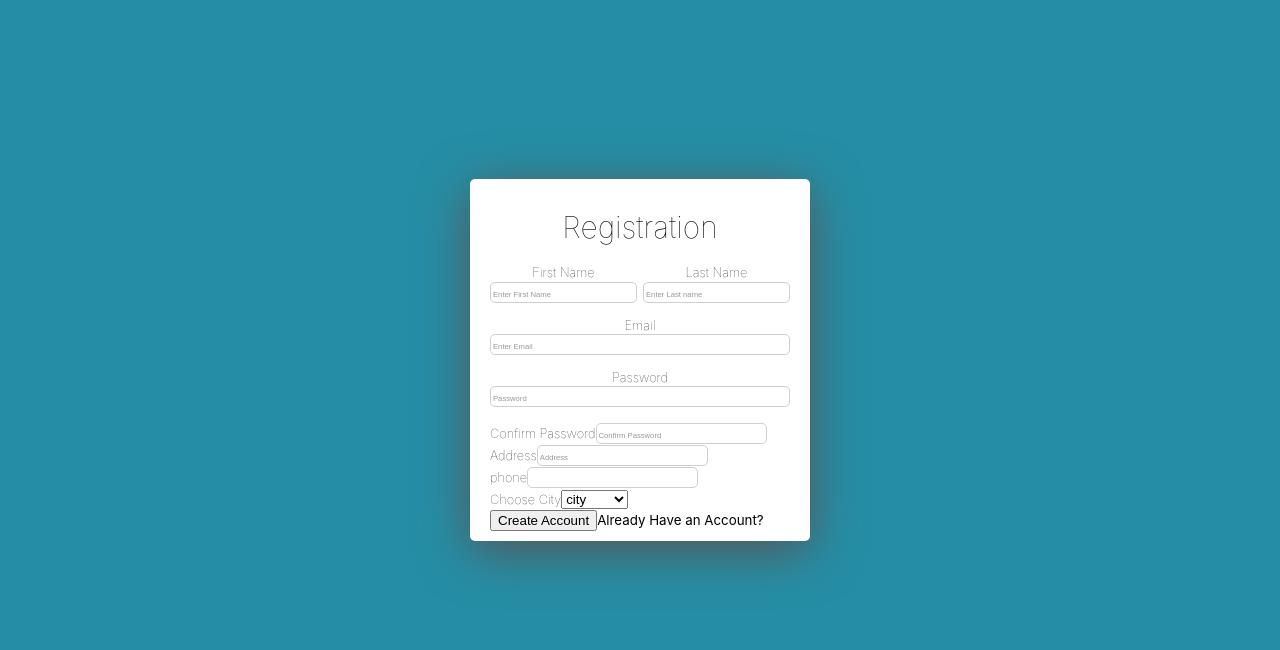
Repository: Fortune-Labs/Event-management-system-CapstoneG3
Page: / (app in frontend/)
The author's editor kept a copy of each file at every save. The page is drawn from the files as they stood at one save, then again after the next save.
The browser window is 1280 px wide. The pictures show the whole page.
The project was rebuilt for these pictures with package versions that can differ from the ones it lists, and the page was loaded fresh each time.

Above is the page before, as saved 2020-09-03 01:20:28.

### frontend/src/App.js
import React from "react";
import "./App.css";
import Register from "./components/LoginSignup/register";

function App() {
  return (
    <div className="App">
      <Register />
    </div>
  );
}

export default App;

### frontend/src/components/LoginSignup/register.jsx
import React from "react";
import "./style.css";

const emailRegex = RegExp(
  /^[a-zA-Z0-9.!#$%&’*+/=?^_`{|}~-]+@[a-zA-Z0-9-]+(?:\.[a-zA-Z0-9-]+)*$/
);

const formValid = ({ formErrors, ...rest }) => {
  let valid = true;

  // validate form errors being empty
  Object.values(formErrors).forEach((val) => {
    val.length > 0 && (valid = false);
  });

  // validate the form was filled out
  Object.values(rest).forEach((val) => {
    val === null && (valid = false);
  });

  return valid;
};
export default class Register extends React.Component {
  constructor(props) {
    super(props);
    this.state = {
      firstName: null,
      lastName: null,
      email: null,
      password: null,
      cpassword: null,
      phone: null,
      address: null,
      city: null,
      formErrors: {
        firstName: "",
        lastName: "",
        email: "",
        password: "",
        cpassword: "",
        phone: "",
        address: "",
        city: "",
      },
    };
  }

  handleSubmit = (e) => {
    e.preventDefault();

    if (formValid(this.state)) {
      //bellow hello we submit form to backend
      console.log(`
        --SUBMITTING--
        First Name: ${this.state.firstName}
        Last Name: ${this.state.lastName}
        Email: ${this.state.email}
        Password: ${this.state.password}
      `);
    } else {
      console.error("FORM INVALID - DISPLAY ERROR MESSAGE");
    }
  };

  handleChange = (e) => {
    e.preventDefault();
    const { name, value } = e.target;
    let formErrors = { ...this.state.formErrors };

    switch (name) {
      case "firstName":
        formErrors.firstName =
          value.length < 3 ? "minimum 3 characaters required" : "";
        break;
      case "lastName":
        formErrors.lastName =
          value.length < 3 ? "minimum 3 characaters required" : "";
        break;
      case "email":
        formErrors.email = emailRegex.test(value)
          ? ""
          : "invalid email address";
        break;
      case "password":
        formErrors.password =
          value.length < 6 ? "minimum 6 characaters required" : "";
        break;
      default:
        break;
    }

    this.setState({ formErrors, [name]: value }, () => console.log(this.state));
  };

  render() {
    const { formErrors } = this.state;
    return (
      <div className="wrapper">
        <div className="form-wrapper">
          <h1>Registration</h1>
          <form onSubmit={this.handleSubmit} noValidate>
            <div className="firstName">
              <label htmlFor="firstName">First Name</label>
              <input
                type="text"
                name="firstName"
                placeholder="Enter First Name"
                noValidate
                onChange={this.handleChange}
              />
              {formErrors.firstName.length > 0 && (
                <span className="errorMessage">{formErrors.firstName}</span>
              )}
            </div>
            <div className="lastName">
              <label htmlFor="lastName">Last Name</label>
              <input
                type="text"
                name="lastName"
                placeholder="Enter Last name"
                noValidate
                onChange={this.handleChange}
              />
              {formErrors.lastName.length > 0 && (
                <span className="errorMessage">{formErrors.lastName}</span>
              )}
            </div>
            <div className="email">
              <label htmlFor="email">Email</label>
              <input
                type="text"
                name="email"
                placeholder="Enter Email"
                noValidate
                onChange={this.handleChange}
              />
              {formErrors.email.length > 0 && (
                <span className="errorMessage">{formErrors.email}</span>
              )}
            </div>
            <div className="password">
              <label htmlFor="password">Password</label>
              <input
                type="password"
                name="password"
                placeholder="Password"
                noValidate
                onChange={this.handleChange}
              />
              {formErrors.password.length > 0 && (
                <span className="errorMessage">{formErrors.password}</span>
              )}
            </div>
            <div className="cpassword">
              <label htmlFor="cpassword">Confirm Password</label>
              <input
                type="password"
                name="cpassword"
                placeholder="Confirm Password"
                noValidate
                onChange={this.handleChange}
              />
              {formErrors.cpassword.length > 0 && (
                <span className="errorMessage">{formErrors.cpassword}</span>
              )}
            </div>

            <div className="address">
              <label htmlFor="address">Address</label>
              <input
                type="text"
                name="address"
                placeholder="Address"
                noValidate
                onChange={this.handleChange}
              />
            </div>

            <div className="phone">
              <label htmlFor="phone">phone</label>
              <input
                type="phone"
                name="phone"
                placeholder=""
                noValidate
                onChange={this.handleChange}
              />
            </div>

            <div className="city">
              <label htmlFor="city">Choose City</label>
              <select
                id="city"
                name="city"
                noValidate
                onChange={this.handleChange}
              >
                <option value="" disabled selected hidden>
                  city
                </option>
                <option value="acc">Accra</option>
                <option value="tma">Tamale</option>
                <option value="ksi">Kumasi</option>
              </select>
            </div>

            <div className="register action-counter">
              <button onClick={this.register} type="submit" className="btn">
                Create Account
              </button>
              <small>Already Have an Account?</small>
            </div>
          </form>
        </div>
      </div>
    );
  }
}

### frontend/src/components/LoginSignup/style.css
.wrapper {
  height: 100vh;
  width: 100%;
  display: flex;
  flex-direction: column;
  justify-content: center;
  align-items: center;
  background-color: #258ea6;
}

.form-wrapper {
  width: 300px;
  display: flex;
  flex-direction: column;
  padding: 10px 20px;
  border-radius: 5px;
  box-shadow: 0px 10px 50px #555;
  background-color: #ffffff;
}

form {
  width: 100%;
  display: flex;
  flex-wrap: wrap;
}

h1 {
  text-align: center;

  color: #111;
  font-size: 30px;
  font-weight: lighter;
  font-family: -apple-system, BlinkMacSystemFont, "Segoe UI", Roboto, Oxygen,
    Ubuntu, Cantarell, "Open Sans", "Helvetica Neue", sans-serif;
}

label {
  font-size: 0.8em;
  margin-bottom: 0.09em;
  color: #222;
  font-weight: lighter;
}

input {
  padding: 2px 2px;
  border-radius: 5px;
  outline: none;
  border: 1px solid #cfcfcf;
  font-size: 0.8em;
}

input::placeholder {
  font-size: 0.6em;
  font-weight: lighter;
  color: #999;
}

input.error {
  border: 1px solid red;
}

.errorMessage {
  color: red;
  font-size: 0.75em;
  display: relative;
}

.firstName {
  margin-right: 1%;
}

.lastName {
  margin-left: 1%;
}

.firstName,
.lastName,
.email,
.password {
  display: flex;
  flex-direction: column;
  margin-bottom: 15px;
}

.firstName,
.lastName {
  width: 49%;
}

.email,
.password {
  width: 100%;
}

.createAccount {
  width: 100%;
  display: flex;
  flex-direction: column;
  align-items: center;
}

.createAccount button {
  background-color: #519e8a;
  color: #fff;
  border: 2px solid #fff;
  width: 100%;
  margin-top: 1em;
  padding: 8px 0px;
  font-size: 1em;
  font-weight: lighter;
  letter-spacing: 1px;
  margin-bottom: 0.25em;
}

.createAccount button:hover {
  color: #519e8a;
  background-color: #fff;
  border: 2px solid #519e8a;
}

.createAccount small {
  color: #999;
  font-weight: lighter;
}

Loaded but not shown: frontend/public/index.html (common file); frontend/src/index.js (common file); frontend/src/index.css (common file); frontend/src/serviceWorker.js (common file); frontend/src/App.css (common file)

After the next save:
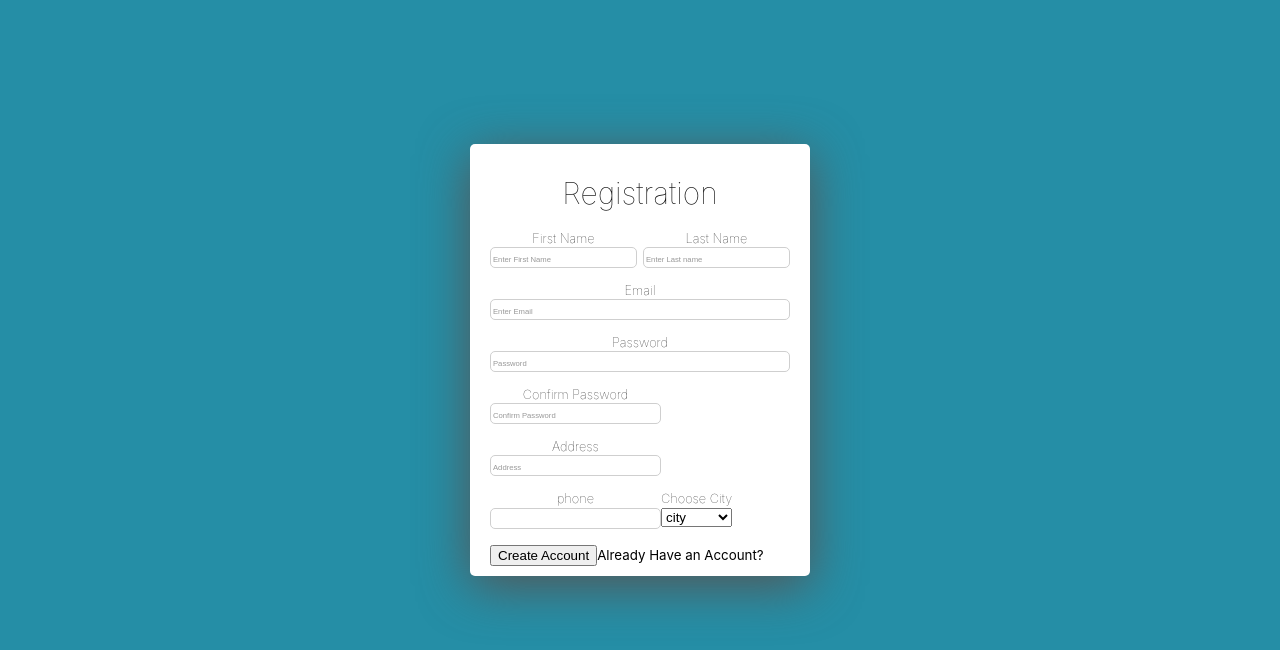
Saved 2 min 2 s later.
--- a/frontend/src/components/LoginSignup/style.css
+++ b/frontend/src/components/LoginSignup/style.css
@@ -76,7 +76,11 @@ input.error {
 .firstName,
 .lastName,
 .email,
-.password {
+.password,
+.cpassword,
+.phone,
+.address,
+.city {
   display: flex;
   flex-direction: column;
   margin-bottom: 15px;
